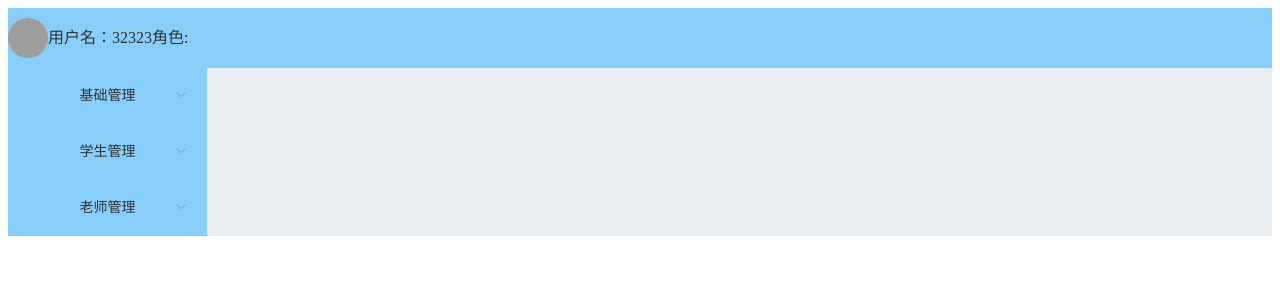
Repository: lwm9704/school-front
Page: /#/home
The author's editor kept a copy of each file at every save. The page is drawn from the files as they stood at one save, then again after the next save.
The browser window is 1280 px wide. The pictures show the whole page.
Pictures or frames that could not be fetched are drawn as grey boxes. The project was rebuilt for these pictures with package versions that can differ from the ones it lists, and the page was loaded fresh each time. Also part of the build but not shown: src/view/login.vue.

Above is the page before, as saved 2021-11-15 16:25:21.

After the next save:
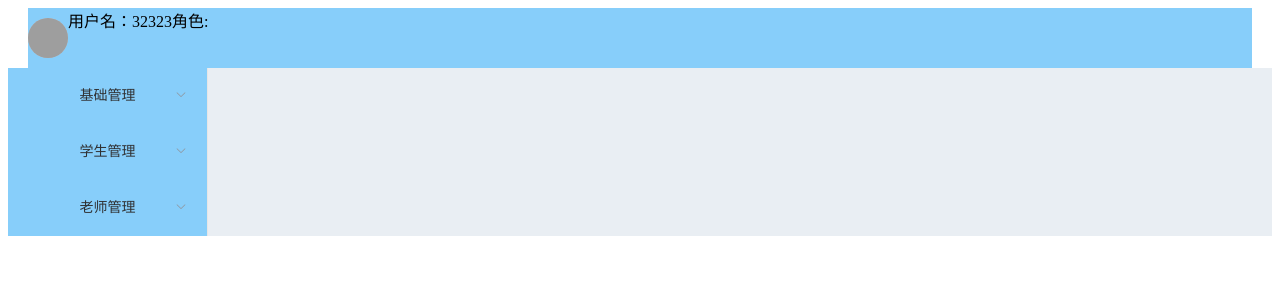
Saved 2 min 22 s later.
--- a/src/view/home.vue
+++ b/src/view/home.vue
@@ -53,6 +53,7 @@
 };
 </script>
 <style lang="scss" scoped>
+import
 .el-header {
   background-color: #87cefa;
   color: #333;

After the 6 saves that followed:
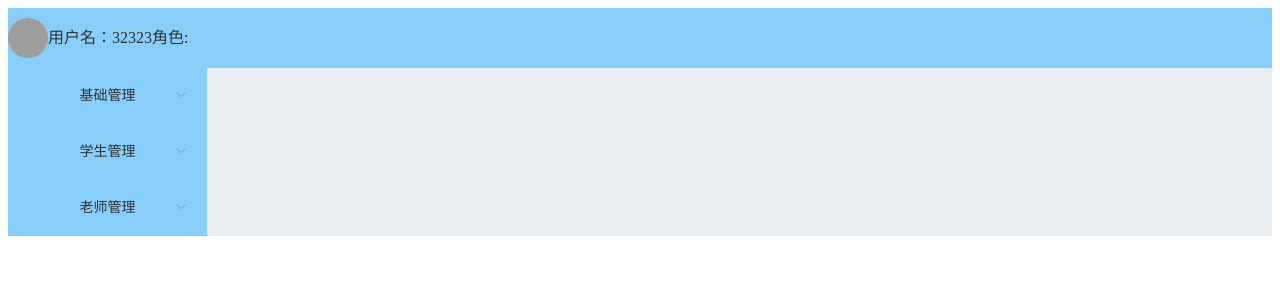
The 6 saves are shown as one change because 5 did not build or start.
The last was saved 88 s later.
--- a/src/view/home.vue
+++ b/src/view/home.vue
@@ -53,7 +53,7 @@
 };
 </script>
 <style lang="scss" scoped>
-import
+// @import "@/assets/css/globle.css"
 .el-header {
   background-color: #87cefa;
   color: #333;
